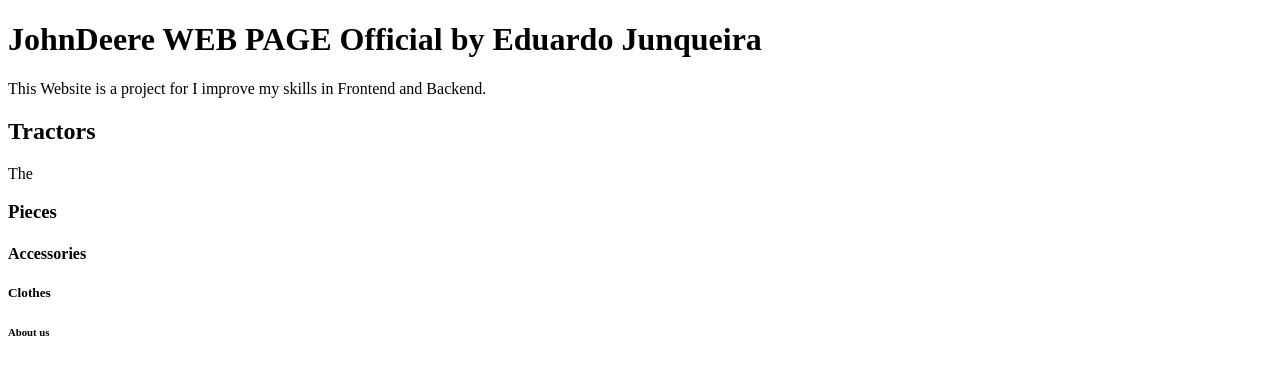
Repository: EduardoJunqueira2004/WEBJohnDeere
Page: index.html
An editor plug-in stored every save of this project. The page is shown before and after a run of saves, followed by the edit.
The browser window is 1280 px wide. The pictures show the whole page.

Above is the page before, as saved 2024-12-05 10:58:46.

### index.html
<!DOCTYPE html>
<html lang="en">
<head>
    <meta charset="UTF-8">
    <meta name="viewport" content="width=device-width, initial-scale=1.0">
    <title>Index.html</title>
</head>
<body>
    <!--heder1-->
    <h1>JohnDeere WEB PAGE Official by Eduardo Junqueira</h1>
    <p>
        This Website is a project for I improve my skills in Frontend and Backend.
    </p>
    <!--heder2-->
    <h2>Tractors</h2>
    <p>
        The
    </p>
    <!--heder3-->
    <h3>Pieces</h3>
    <!--heder4-->
    <h4>Accessories</h4>
    <!--heder5-->
    <h5>Clothes</h5>
    <!--heder6-->
    <h6>About us</h6>

</body>
</html>

After the next 7 saves:
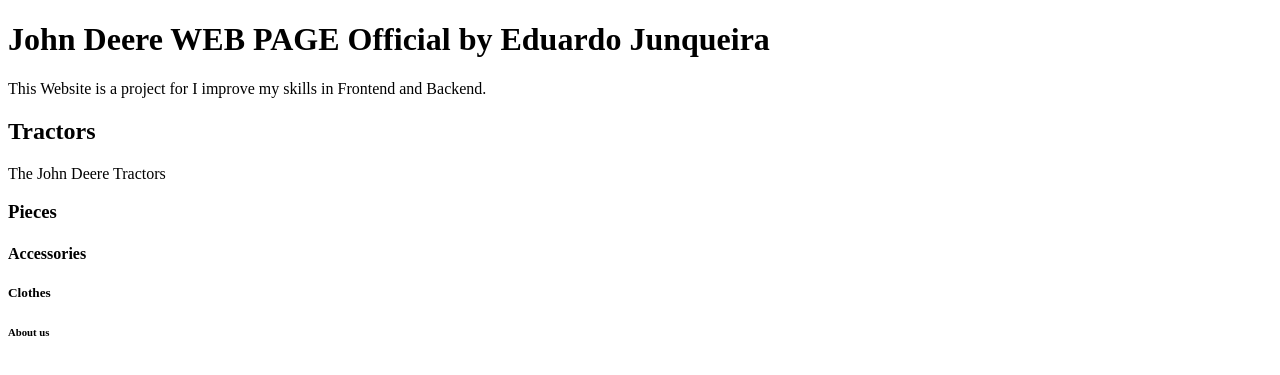
The 7 saves are shown as one change because they came seconds apart.
The last was saved 19 s later.
--- a/index.html
+++ b/index.html
@@ -7,14 +7,14 @@
 </head>
 <body>
     <!--heder1-->
-    <h1>JohnDeere WEB PAGE Official by Eduardo Junqueira</h1>
+    <h1>John Deere WEB PAGE Official by Eduardo Junqueira</h1>
     <p>
         This Website is a project for I improve my skills in Frontend and Backend.
     </p>
     <!--heder2-->
     <h2>Tractors</h2>
     <p>
-        The
+        The John Deere Tractors
     </p>
     <!--heder3-->
     <h3>Pieces</h3>
